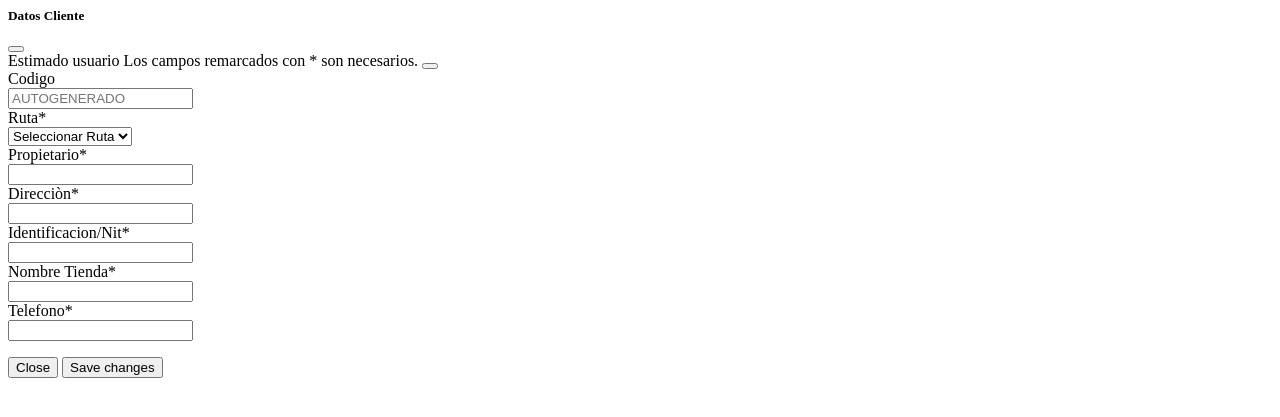
Repository: LucasVillegas/app-admin
Page: http://localhost/app-movil/resources/views/pages/includes/modal-cliente.php
The author's editor kept a copy of each file at every save. The page is drawn from the files as they stood at one save, then again after the next save.
The browser window is 1280 px wide. The pictures show the whole page.
The page is run by PHP 8.4 with error messages shown; the project is at /var/www/html/.

Above is the page before, as saved 2022-06-13 15:04:02.

### resources/views/pages/includes/modal-cliente.php
<!-- Modal Dialog Scrollable -->
<!-- <button type="button" class="btn btn-primary" data-bs-toggle="modal" data-bs-target="#modalDialogScrollable">
    Modal Dialog Scrollable
</button> -->
<div class="modal fade" id="modalDialogScrollable" tabindex="-1">
    <div class="modal-dialog modal-dialog-scrollable">
        <div class="modal-content">
            <div class="modal-header">
                <h5 class="modal-title">Datos Cliente</h5>
                <button type="button" class="btn-close" data-bs-dismiss="modal" aria-label="Close"></button>
            </div>
            <div class="modal-body">
                <div class="col-xl-12 col-lg-12 col-md-12 col-sm-12 col-12">
                    <div class="alert alert-info bg-info border-0 alert-dismissible fade show" role="alert">
                        Estimado
                        usuario</span>
                        Los campos remarcados con <span class="text-danger"> * </span> son necesarios.
                        <button type="button" class="btn-close" data-bs-dismiss="alert" aria-label="Close"></button>
                    </div>
                </div>
                <!-- General Form Elements -->
                <form>
                    <div class="row mb-2">
                        <label for="inputText" class="col-sm-2 col-form-label">Codigo</label>
                        <div class="col-sm-10">
                            <input type="text" class="form-control" readonly id="codigo" name="codigo"
                                placeholder="AUTOGENERADO">
                        </div>
                    </div>
                    <div class="row mb-2">
                        <label for="inputEmail" class="col-sm-2 col-form-label">Ruta<span
                                class="badge badge-pill text-danger">*</span></label></label>
                        <div class="col-sm-10">
                            <select id="inputState" class="form-select">
                                <option selected>Seleccionar Ruta</option>
                                <option>...</option>
                            </select>
                        </div>
                    </div>
                    <div class="row mb-2">
                        <label for="inputPassword" class="col-sm-2 col-form-label">Propietario<span
                                class="badge badge-pill text-danger">*</span></label></label>
                        <div class="col-sm-10">
                            <input type="password" class="form-control">
                        </div>
                    </div>
                    <div class="row mb-2">
                        <label for="inputNumber" class="col-sm-2 col-form-label">Direcci&ograve;n<span
                                class="badge badge-pill text-danger">*</span></label></label>
                        <div class="col-sm-10">
                            <input type="number" class="form-control">
                        </div>
                    </div>
                    <div class="row mb-2">
                        <label for="inputNumber" class="col-sm-2 col-form-label">Identificacion/Nit<span
                                class="badge badge-pill text-danger">*</span></label></label>
                        <div class="col-sm-10">
                            <input type="number" class="form-control">
                        </div>
                    </div>
                    <div class="row mb-2">
                        <label for="inputNumber" class="col-sm-2 col-form-label">Nombre Tienda<span
                                class="badge badge-pill text-danger">*</span></label></label>
                        <div class="col-sm-10">
                            <input type="number" class="form-control">
                        </div>
                    </div>
                    <div class="row mb-2">
                        <label for="inputNumber" class="col-sm-2 col-form-label">Telefono<span
                                class="badge badge-pill text-danger">*</span></label></label>
                        <div class="col-sm-10">
                            <input type="number" class="form-control">
                        </div>
                    </div>
                </form>
                <!-- End General Form Elements -->
            </div>
            <div class="modal-footer">
                <button type="button" class="btn btn-secondary btn-sm" data-bs-dismiss="modal">Close</button>
                <button type="button" class="btn btn-primary btn-sm">Save changes</button>
            </div>
        </div>
    </div>
</div>
<!-- End Modal Dialog Scrollable-->

After the next save:
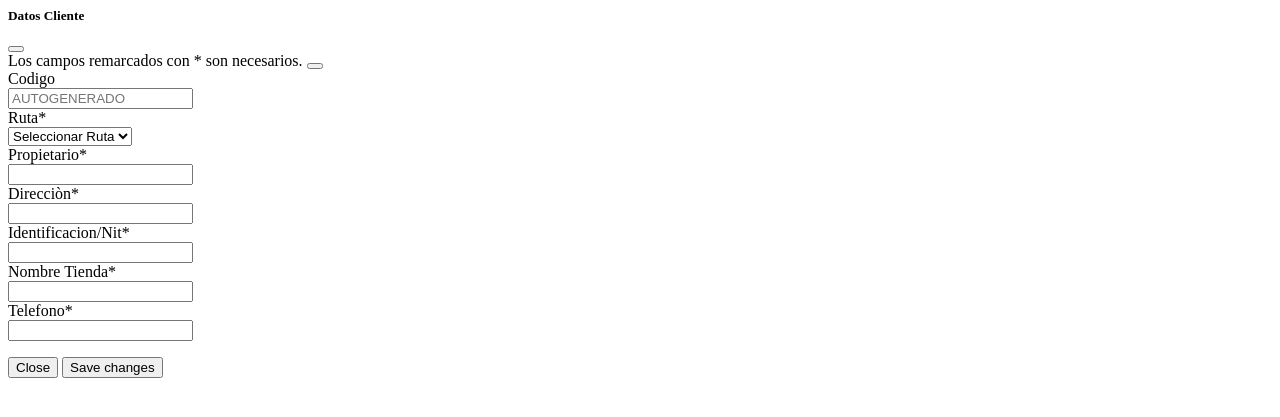
Saved 28 s later.
--- a/resources/views/pages/includes/modal-cliente.php
+++ b/resources/views/pages/includes/modal-cliente.php
@@ -12,8 +12,6 @@
             <div class="modal-body">
                 <div class="col-xl-12 col-lg-12 col-md-12 col-sm-12 col-12">
                     <div class="alert alert-info bg-info border-0 alert-dismissible fade show" role="alert">
-                        Estimado
-                        usuario</span>
                         Los campos remarcados con <span class="text-danger"> * </span> son necesarios.
                         <button type="button" class="btn-close" data-bs-dismiss="alert" aria-label="Close"></button>
                     </div>
